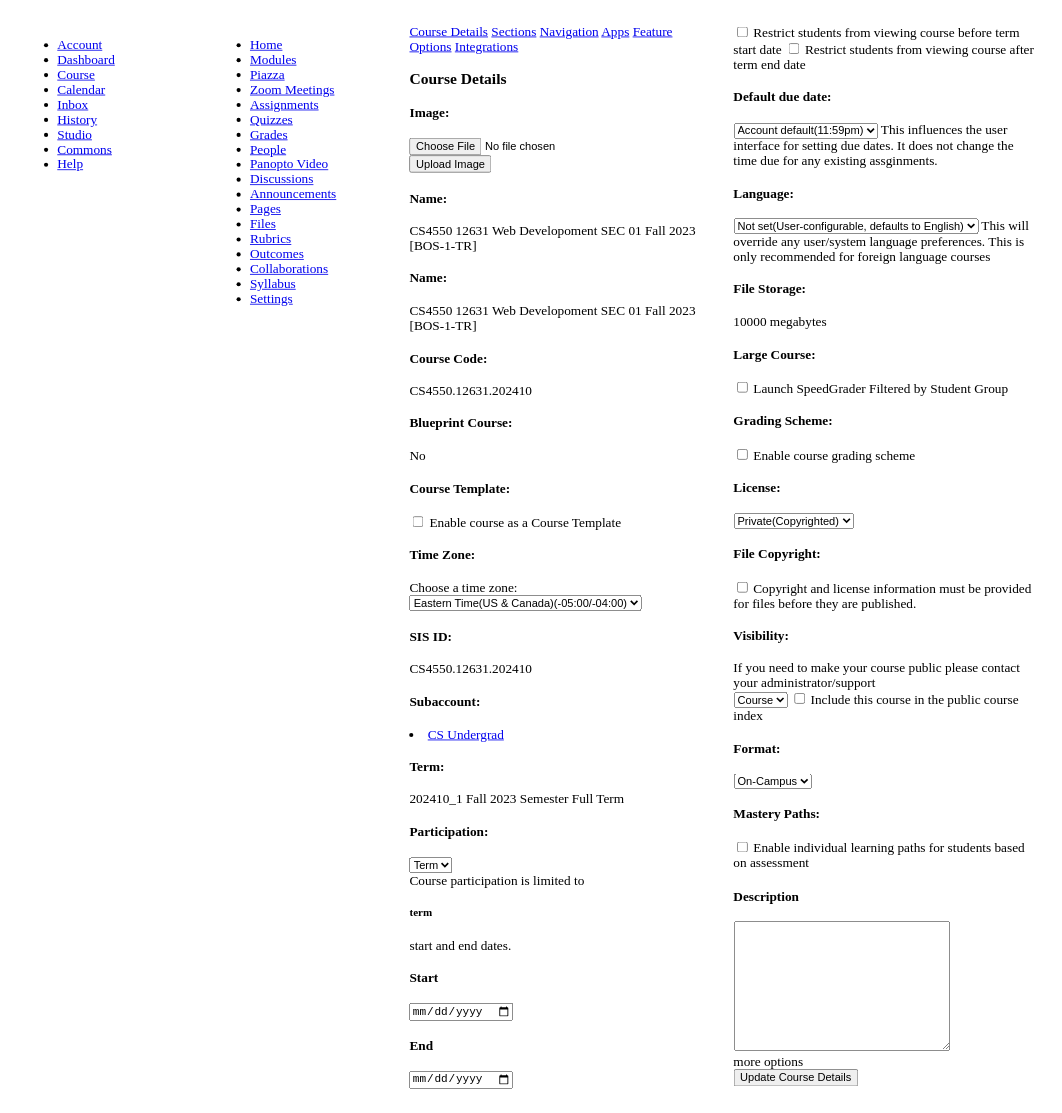
Repository: yuqiant/kanbas-react-web-app
Page: public/kanbas/coursesetting.html
An editor plug-in stored every save of this project. The page is shown before and after the next save, followed by the edit.
The browser window is 1280 px wide. The pictures show the whole page, at 83% of full size.

Above is the page before, as saved 2023-09-16 16:29:27.

### public/kanbas/coursesetting.html
<!DOCTYPE html>
<html lang="en">

<head>
    <meta charset="UTF-8">
    <meta name="viewport" content="width=device-width, initial-scale=1.0">
    <title>Column Interaction</title>
    <style>
        table {
            width: 100%;
            border-collapse: collapse;
        }

        td {
            width: 50%;
            border: 1px solid transparent;
            padding: 20px;
            vertical-align: top;
        }
    </style>
</head>

<body>
    <table>
        <tr>
            <td id="firstColumn" style="width: 150px;">
                <ul>
                    <li><a href="#">Account</a></li>
                    <li><a href="#">Dashboard</a></li>
                    <li><a href="#" onclick="showSecondColumn()">Course</a></li>
                    <li><a href="#">Calendar</a></li>
                    <li><a href="#">Inbox</a></li>
                    <li><a href="#">History</a></li>
                    <li><a href="#">Studio</a></li>
                    <li><a href="#">Commons</a></li>
                    <li><a href="#">Help</a></li>
                </ul>
            </td>
            <td id="secondColumn" style="width: 150px;">
                <ul>
                    <li><a href="#">Home</a></li>
                    <li><a href="#">Modules</a></li>
                    <li><a href="#">Piazza</a></li>
                    <li><a href="#">Zoom Meetings</a></li>
                    <li><a href="#">Assignments</a></li>
                    <li><a href="#">Quizzes</a></li>
                    <li><a href="#">Grades</a></li>
                    <li><a href="#">People</a></li>
                    <li><a href="#">Panopto Video</a></li>
                    <li><a href="#">Discussions</a></li>
                    <li><a href="#">Announcements</a></li>
                    <li><a href="#">Pages</a></li>
                    <li><a href="#">Files</a></li>
                    <li><a href="#">Rubrics</a></li>
                    <li><a href="#">Outcomes</a></li>
                    <li><a href="#">Collaborations</a></li>
                    <li><a href="#">Syllabus</a></li>
                    <li><a href="#">Settings</a></li>
                </ul>
            </td>
            <td id="thirdColumn" style="width: 250px;">
                <a href="#">Course Details</a>
                <a href="#">Sections</a>
                <a href="#">Navigation</a>
                <a href="#">Apps</a>
                <a href="#">Feature Options</a>
                <a href="#">Integrations</a>
                <h3>Course Details</h3>

                <h4>Image:</h4>
                <form action="/upload_endpoint" method="post" enctype="multipart/form-data">
                    <input type="file" name="fileToUpload" id="fileToUpload" accept="image/*">
                    <input type="submit" value="Upload Image">
                </form>

                <h4>Name:</h4>
                CS4550 12631 Web Developoment SEC 01 Fall 2023 [BOS-1-TR]

                <h4>Name:</h4>
                CS4550 12631 Web Developoment SEC 01 Fall 2023 [BOS-1-TR]

                <h4>Course Code:</h4>
                CS4550.12631.202410

                <h4>Blueprint Course:</h4> No

                <h4>Course Template:</h4>
                <form>
                    <label>
                        <input type="checkbox" name="templateChoice" value="template1"> Enable course as a Course
                        Template
                    </label>
                </form>

                <h4>Time Zone:</h4>
                <label for="timezone">Choose a time zone:</label>
                <select id="timezone" name="timezone">
                    <option value="EST">Eastern Time(US & Canada)(-05:00/-04:00)</option>

                </select>

                <h4>SIS ID:</h4>
                <div>CS4550.12631.202410</div>

                <h4>Subaccount:</h4>
                <li><a href="#">CS Undergrad</a></li>

                <h4>Term:</h4>
                <div>202410_1 Fall 2023 Semester Full Term</div>

                <h4>Participation:</h4>
                <select id="term" name="term">
                    <option value="Term">Term</option>
                </select>
                <div>Course participation is limited to <h5>term</h5> start and end dates.</div>
                <h4>Start</h4>
                <input type="date" id="text-fields-dob" /><br />

                <h4>End</h4>
                <input type="date" id="text-fields-dob" /><br />

            </td>
            <td id="fourthColumn" style="width: 250px;">
                <input type="checkbox" value="startdate" name="check-date" id="chkbox-startdate" />
                <label for="chkbox-startdate">Restrict students from viewing course before term start date</label>
                <input type="checkbox" value="enddate" name="check-date" id="chkbox-enddate" />
                <label for="chkbox-enddate">Restrict students from viewing course after term end date</label>

                <h4>Default due date:</h4>
                <select id="time" name="time">
                    <option value="Time">Account default(11:59pm)</option>
                </select>
                This influences the user interface for setting due dates. It does not change the time due for any
                existing assginments.

                <h4>Language:</h4>
                <select id="language" name="language">
                    <option value="Language">Not set(User-configurable, defaults to English)</option>
                </select>
                This will override any user/system language preferences. This is only recommended for foreign language
                courses

                <h4>File Storage:</h4>
                <div>10000 megabytes</div>

                <h4>Large Course:</h4>
                <input type="checkbox" value="largecourse" name="check-largecourse" id="chkbox-largecourse" />
                <label for="chkbox-largecourse">Launch SpeedGrader Filtered by Student Group</label>

                <h4>Grading Scheme:</h4>
                <input type="checkbox" value="gradingscheme" name="check-gradingscheme" id="chkbox-gradingscheme" />
                <label for="chkbox-gradingscheme">Enable course grading scheme</label>

                <h4>License:</h4>
                <select id="license" name="license">
                    <option value="license">Private(Copyrighted)</option>
                </select>

                <h4>File Copyright:</h4>
                <input type="checkbox" value="filecopyright" name="check-filecopyright" id="chkbox-filecopyright" />
                <label for="chkbox-filecopyright">Copyright and license information must be provided for files before
                    they are published.</label>

                <h4>Visibility:</h4>
                <div>If you need to make your course public please contact your administrator/support</div>
                <select id="visibilty" name="visibilty">
                    <option value="visibilty">Course</option>
                </select>
                <input type="checkbox" value="publiccourse" name="check-publiccourse" id="chkbox-publiccourse" />
                <label for="chkbox-publiccourse">Include this course in the public course index</label>

                <h4>Format:</h4>
                <select id="format" name="format">
                    <option value="format">On-Campus</option>
                </select>

                <h4>Mastery Paths:</h4>
                <input type="checkbox" value="masterypaths" name="check-masterypaths" id="chkbox-masterypaths" />
                <label for="chkbox-masterypaths">Enable individual learning paths for students based on
                    assessment</label>

                <h4>Description</h4>
                <form id="textarea">

                    <textarea cols="30" rows="10"></textarea>
                </form>

                <div><a herf="#">more options</a></div>

                <button type="button">Update Course Details</button>



            </td>
        </tr>
    </table>

</body>

</html>

After the next save:
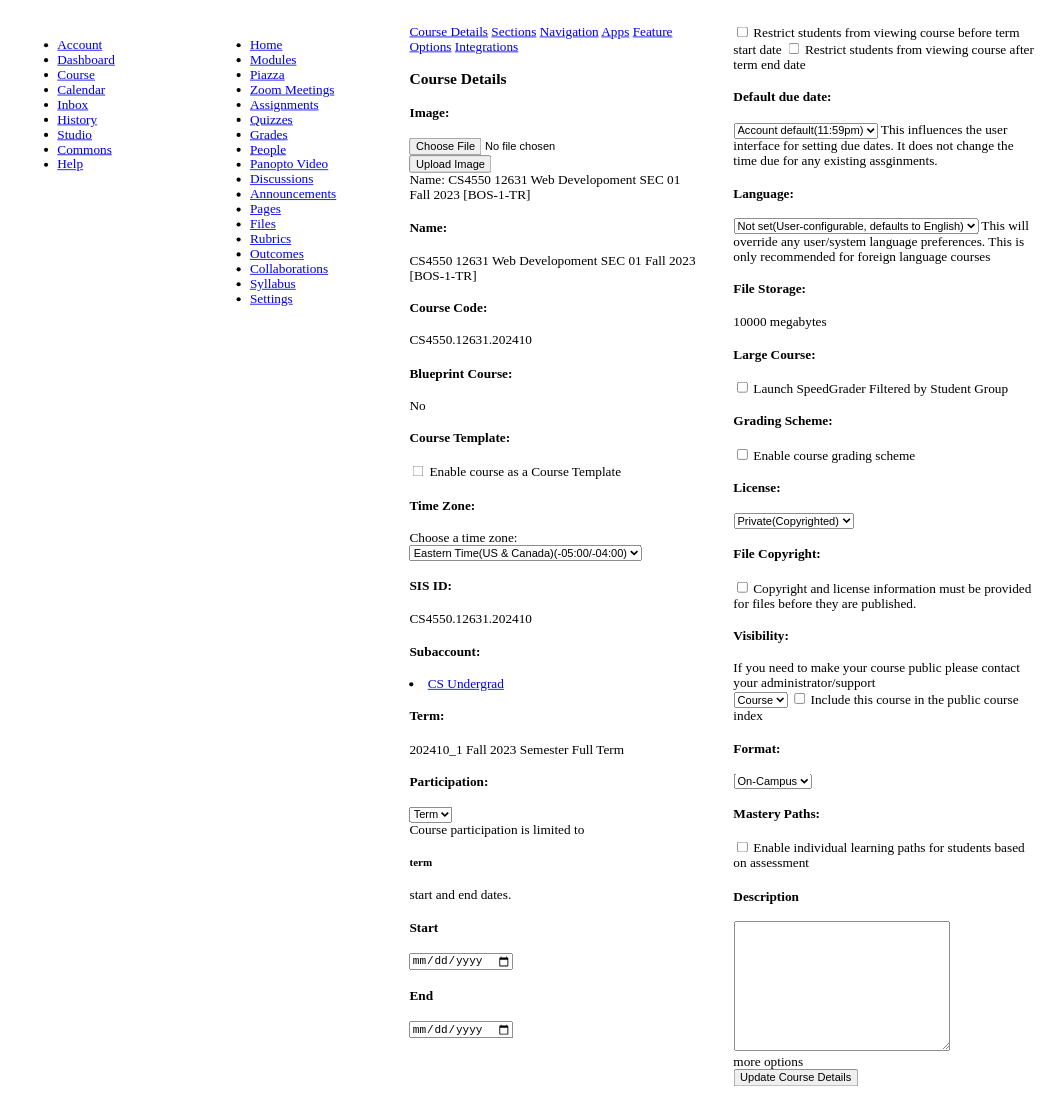
Saved 4 h 17 min later.
--- a/public/kanbas/coursesetting.html
+++ b/public/kanbas/coursesetting.html
@@ -73,7 +73,7 @@
                     <input type="submit" value="Upload Image">
                 </form>
 
-                <h4>Name:</h4>
+                <span>Name:</span>
                 CS4550 12631 Web Developoment SEC 01 Fall 2023 [BOS-1-TR]
 
                 <h4>Name:</h4>
